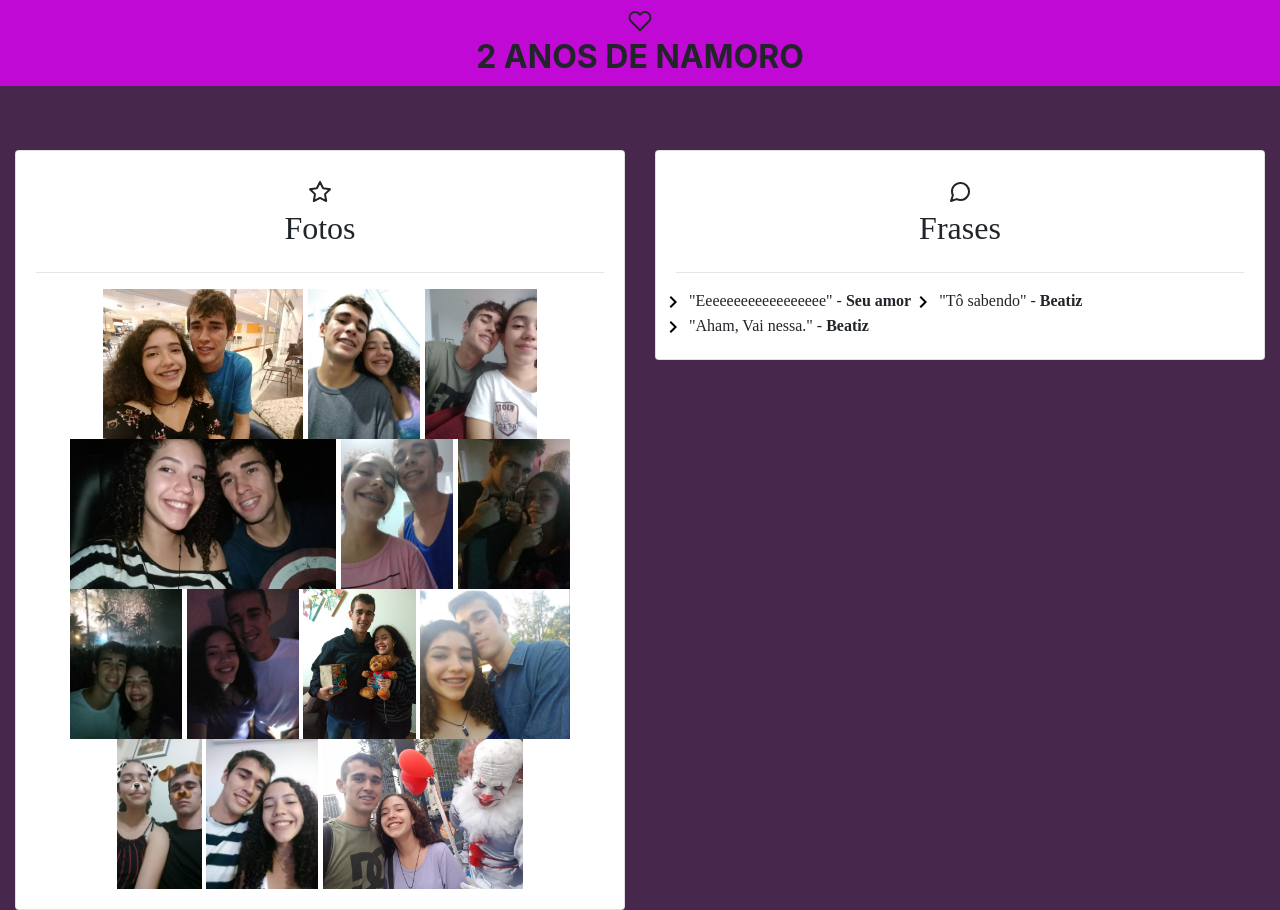
Repository: MeuAmor/meuamor.github.io
Page: index.html
The author's editor kept a copy of each file at every save. The page is drawn from the files as they stood at one save, then again after the next save.
The browser window is 1280 px wide. The pictures show the whole page.

Above is the page before, as saved 2019-08-20 23:20:57.

After the next save:
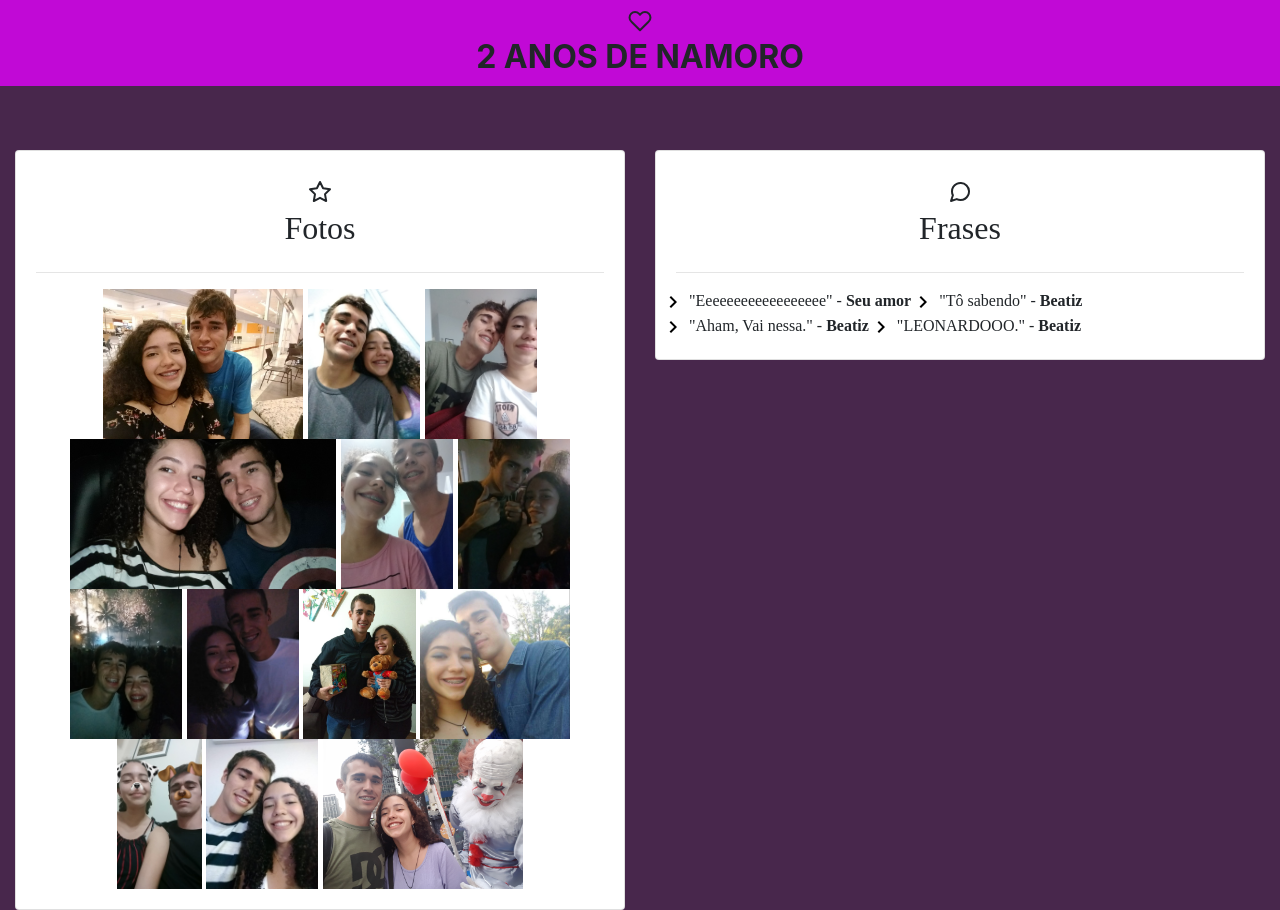
Saved 24 s later.
--- a/index.html
+++ b/index.html
@@ -145,6 +145,14 @@
                         "Aham, Vai nessa." - <b>Beatiz </b><br>
 
                     </div>
+                    <div>
+                            <svg xmlns="http://www.w3.org/2000/svg" width="24" height="24" viewBox="0 0 24 24">
+                                <path d="M8.59 16.59L13.17 12 8.59 7.41 10 6l6 6-6 6-1.41-1.41z"/>
+                                <path fill="none" d="M0 0h24v24H0V0z"/>
+                            </svg>
+                            "LEONARDOOO." - <b>Beatiz </b><br>
+
+                        </div>
             </div>
         </div>
 
